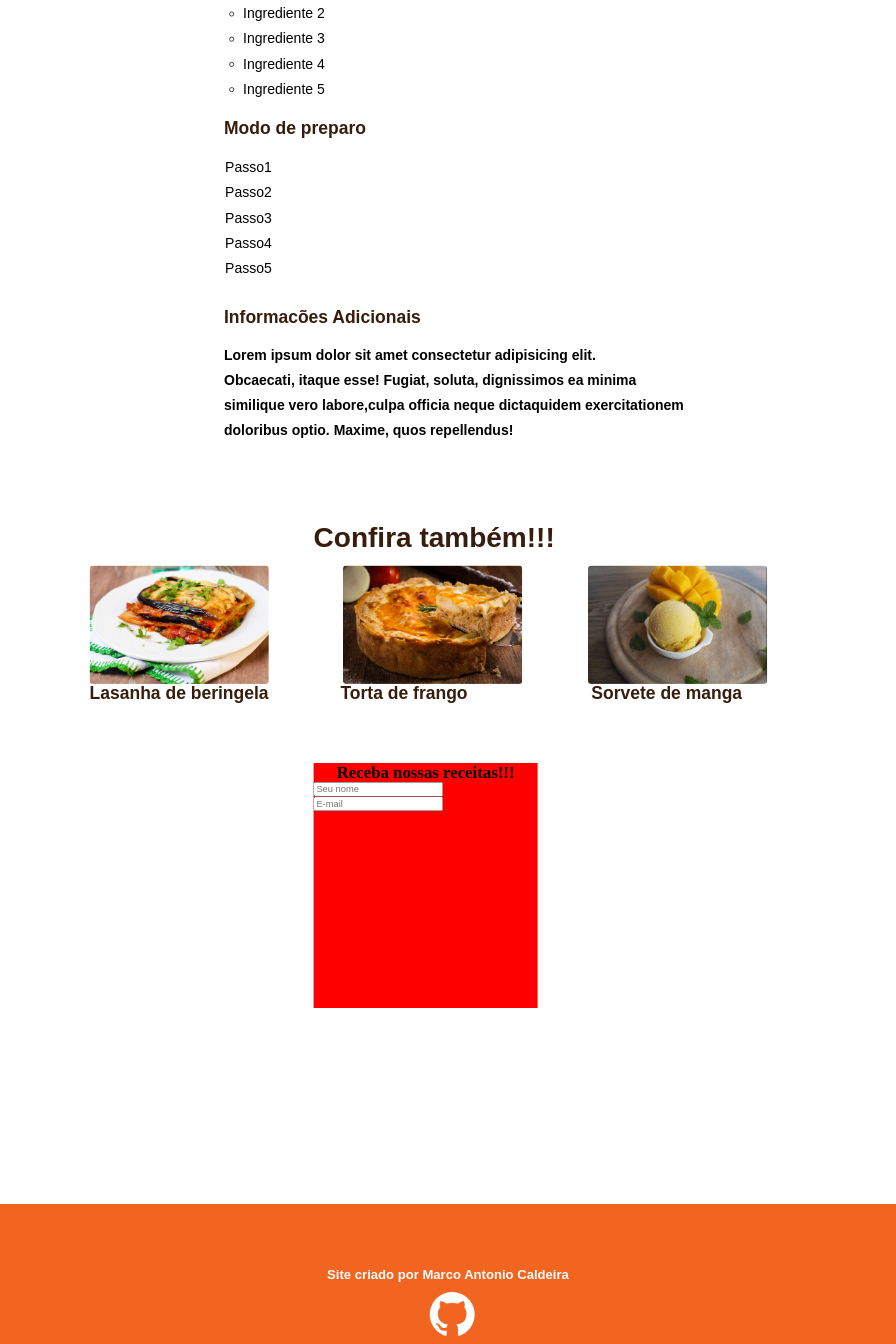
Repository: MarcoantonioCaldeira/Aprendizados-e-Conhecimentos
Page: Receitas da Casa/index.html
These files come from the project's save history. The page is drawn as it stood at one moment and after the next save; the edit follows.
The browser window is 1280 px wide. The pictures show the part of the page from y = 860 to 2780 px (the page is 2780 px tall), at 70% of full size.

Above is the page before, as saved 2022-05-31 14:46:25.

### Receitas da Casa/index.html
<!DOCTYPE html>
<html>
    <head>
    <meta charset="utf-8">
    <title>Receitas do Marco</title>
    <link rel="stylesheet" text="css" href="css/estilo.css">
    <link rel="stylesheet" text="css" href="css/fonts.css">
    <style>

    </style>
    </head>
    <body>
        <header id="topo">
            <img id="logo" src="imagens/logo.png">
            <li class="li-topo">
                <ul class="ul-topo"><a href="#topo">Home</a></ul>
                <ul class="ul-topo"><a href="#outras_receitas">Receitas</a></ul>
                <ul class="ul-topo">Contato</ul>
            </li>
        </header>
        <main id="corpo">
            <h1 class="titulo-receita">Risoto de Camarão</h1>
            <figure>
                <img class="img_receita" src="imagens/imagem_receita.jpg">
            </figure>
            <article>

                <h3 class="text_article">Ingredientes</h3>
                <ul class="text_ul">
                     <li>Ingrediente 1</li>
                     <li>Ingrediente 2</li>
                     <li>Ingrediente 3</li>
                     <li>Ingrediente 4</li>
                     <li>Ingrediente 5</li>
                </ul>

               <h3 class="text_article_2">Modo de preparo</h3>
               <li class="text_ul_2">
                   <ul>Passo1</ul>
                   <ul>Passo2</ul>
                   <ul>Passo3</ul>
                   <ul>Passo4</ul>
                   <ul>Passo5</ul>
               </li>

               <h3 class="text_article_3">Informacões Adicionais</h3>
               <h3 class="text">Lorem ipsum dolor sit amet consectetur adipisicing elit.<br>
                Obcaecati, itaque esse! Fugiat, soluta, dignissimos ea minima<br> similique vero
                labore,culpa officia neque dictaquidem exercitationem <br>doloribus optio. Maxime, quos
                repellendus!</h3>


               <h1 class="h1_informacoes">Confira também!!!</h1>
               <div id="outras_receitas">

                      <img class="img_receita1" src="imagens/lazanha_de_beringela.jpg">
                      <h3 class="h3_receita_1">Lasanha de beringela</h3>

                      <img class="img_receita2" src="imagens/torta_de_frango.jpg">
                      <h3 class="h3_receita_2">Torta de frango</h3>

                      <img class="img_receita3" src="imagens/sorvete-manga.jpg">
                      <h3 class="h3_receita_3">Sorvete de manga</h3>

               </div>

               <div id="contato">
                      <h1>Receba nossas receitas!!!</h1>

                      <input type="text" name="nome" placeholder="Seu nome">

                      <input type="text" name="email" placeholder="E-mail">
               </div>

            </article>
        </main>
        <footer id="rodape">
            <div class="agradecimentos-rodape">
                <h3>Site criado por Marco Antonio Caldeira</h3>
                <a href="https://github.com/MarcoantonioCaldeira"><img class="logoGit" src="imagens/github_logo.png"></a>
            </div>
        </footer>
    </body>
</html>

### Receitas da Casa/css/estilo.css
* {
    margin: 0;
}

#topo{
  width: 100%;
  background-color:rgb(241, 101, 32);
  height: 80px;
}

#logo{
  width: 13%;


}

.titulo_logo{
  position: relative;
  font-family: arial;
  top: 20%;
  font-size:30px;
  color:white;
  left:-40%;
}

#corpo{
  width: 100%;
  height: 2500px;
  background-color: white;
}

.img_receita{
  position:relative;
  border-radius: 5px;
  margin-left: 25%;
  margin-top: 12%;
  width:50%;
}

#outras_receitas{
  width: 100%;
  height: 300px;
  background-color:white;
}

#contato{
  position:relative;
  background-color:red;
  width:25%;
  top:6%;
  left:35%;
  height:350px;
}

.img_receita1{
  position:relative;
  left:10%;
  top:6%;
  border-radius:5px;
  width:20%;
}

.img_receita2{
  position:relative;
  left: 18%;
  top:6%;
  border-radius:5px;
  width:20%;
}

.img_receita3{
  position:relative;
  left: 25%;
  top:6%;
  border-radius:5px;
  width:20%;
}


#rodape{
  background-color: rgb(241, 101, 32);
  width: 100%;
  height: 200px;
}

.agradecimentos-rodape{
  position: relative;
  top: 45%;
  color:white;
  font-family: arial;
  text-align: center;
}

.logoGit{
  position: absolute;
  width: 5%;
  left:48%;
  top: 35px;
}

### Receitas da Casa/css/fonts.css
h1{
  text-align: center;
}

.li-topo{
  position:relative;
  background-color: rgb(241, 101, 32);
  list-style: none;
  height: 40px;
  width: 30%;
  margin-left: 16%;
  margin-top: -11%;
}

.ul-topo{
  display: inline;
  font-family: arial;
  color:rgb(246, 246, 246);
  font-size:18px;
}

.titulo-receita{
  position: relative;
  font-size: 40px;
  font-family: arial;
  top:6%;
  color:rgb(55, 29, 13);
}

.text_article{
  position:absolute;
  display: inline;
  left:25%;
  margin-top: 5%;
  color:rgb(55, 29, 13);
  font-size: 25px;
  font-family: arial;
}

.text_ul{
  position:absolute;
  font-size: 20px;
  line-height: 1.8;
  list-style-type:circle;
  margin-top:9%;
  left:24%;
  display:inline-block;
  font-family: arial;
}

.text_article_2{
  position:absolute;
  display: inline;
  left:25%;
  margin-top: 25%;
  color:rgb(55, 29, 13);
  font-size: 25px;
  font-family: arial;
}

.text_ul_2{
  position:absolute;
  font-size: 20px;
  line-height: 1.8;
  list-style-type:circle;
  margin-top:29%;
  left:22%;
  display:inline-block;
  font-family: arial;
}

.text_article_3{
  position:absolute;
  display: inline;
  left:25%;
  margin-top: 46%;
  color:rgb(55, 29, 13);
  font-size: 25px;
  font-family: arial;
}

.text{
  position:absolute;
  font-size: 20px;
  line-height: 1.8;
  margin-top:50%;
  left:25%;
  display:inline-block;
  font-family: arial;
}

.h1_informacoes{
  position: relative;
  font-size: 40px;
  font-family: arial;
  left:35%;
  margin-top:70%;
  display:inline-block;
  color:rgb(55, 29, 13);
}

.h3_receita_1{
  position:absolute;
  font-family: arial;
  color:rgb(55, 29, 13);
  font-size: 25px;
  left: 10%;
  margin-top:1%;
}

.h3_receita_2{
  position:absolute;
  font-family: arial;
  color:rgb(55, 29, 13);
  left:38%;
  font-size: 25px;
  margin-top: 1%;
}

.h3_receita_3{
  position:absolute;
  font-family: arial;
  color:rgb(55, 29, 13);
  left:66%;
  font-size: 25px;
  margin-top: 1%;
}

After the next save:
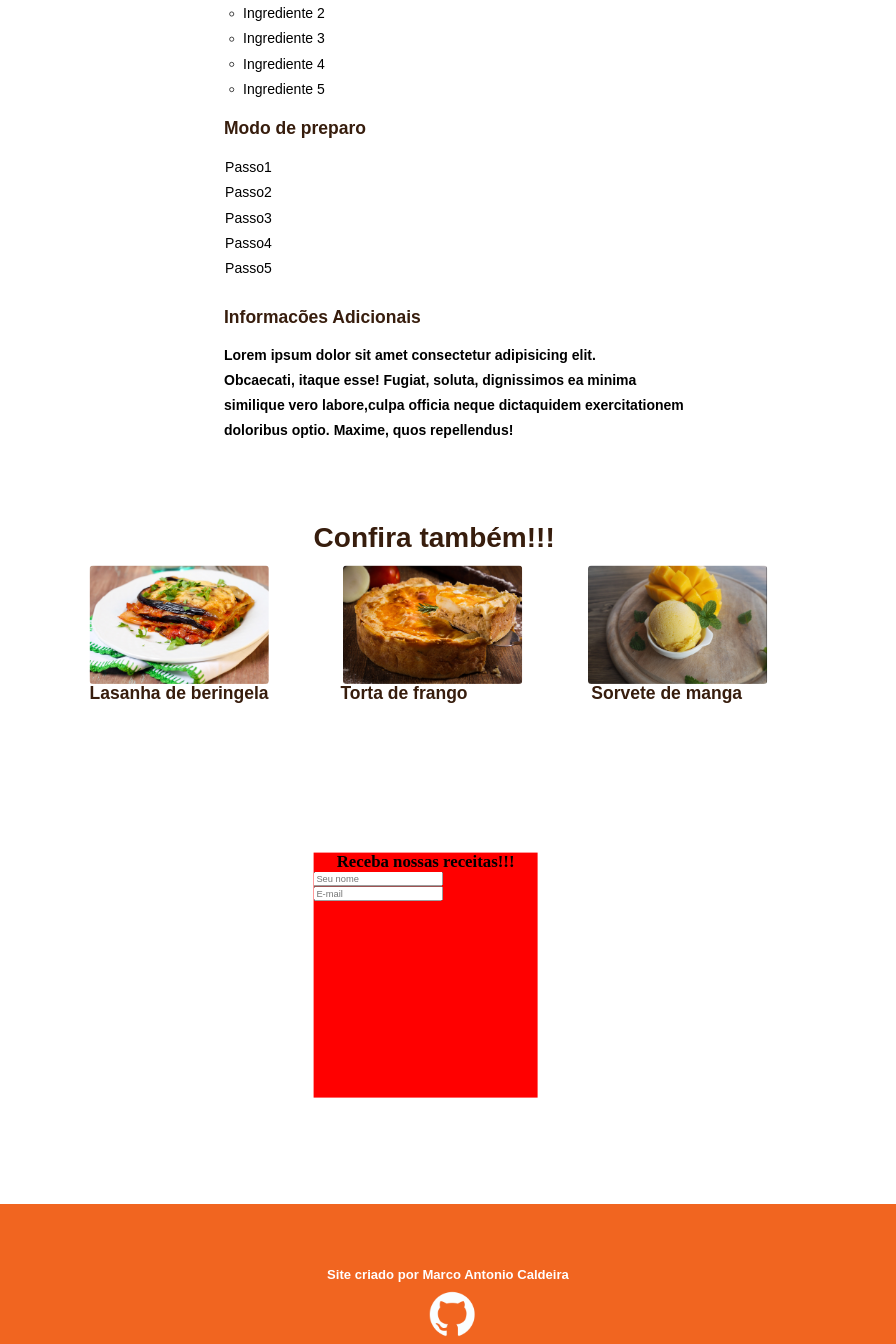
Saved 56 s later.
--- a/Receitas da Casa/css/estilo.css
+++ b/Receitas da Casa/css/estilo.css
@@ -47,7 +47,7 @@
   position:relative;
   background-color:red;
   width:25%;
-  top:6%;
+  margin-top:10%;
   left:35%;
   height:350px;
 }
